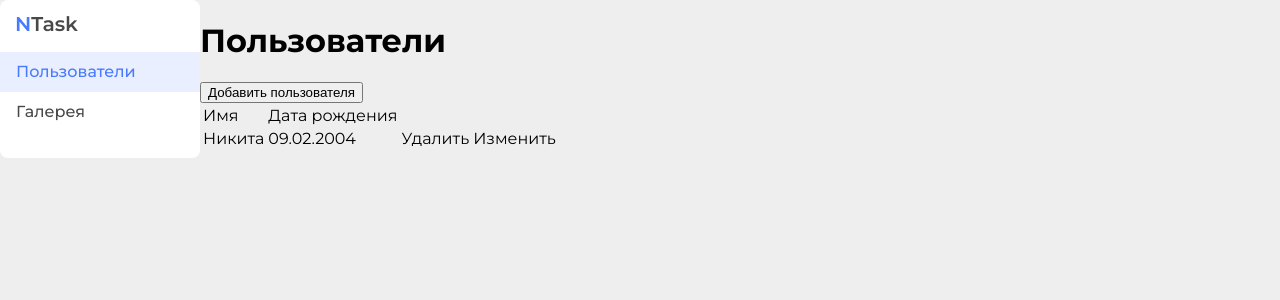
Repository: Grid-Master/NTask
Page: /
The author's editor kept a copy of each file at every save. The page is drawn from the files as they stood at one save, then again after the next save.
The browser window is 1280 px wide. The pictures show the whole page.
The project was rebuilt for these pictures with package versions that can differ from the ones it lists, and the page was loaded fresh each time. Also part of the build but not shown: src/components/userList/userList.sass.

Above is the page before, as saved 2023-06-04 19:12:58.

After the next save:
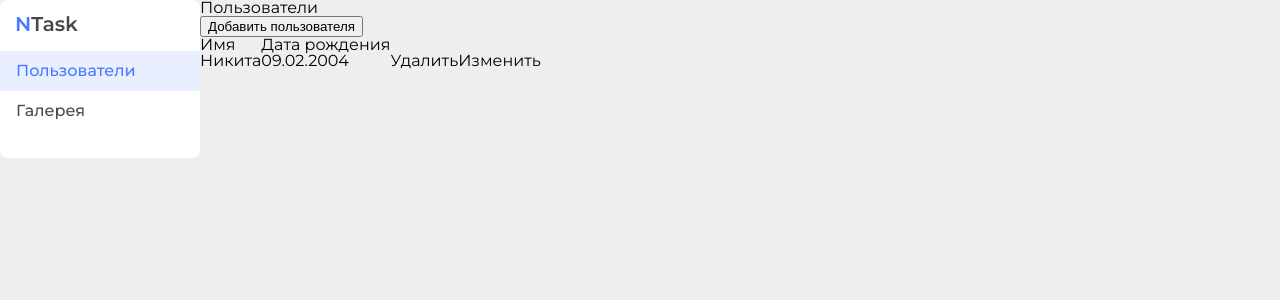
Saved 41 s later.
--- a/src/index.css
+++ b/src/index.css
@@ -1,3 +1,46 @@
+html, body, div, span, applet, object, iframe,
+h1, h2, h3, h4, h5, h6, p, blockquote, pre,
+a, abbr, acronym, address, big, cite, code,
+del, dfn, em, img, ins, kbd, q, s, samp,
+small, strike, strong, sub, sup, tt, var,
+b, u, i, center,
+dl, dt, dd, ol, ul, li,
+fieldset, form, label, legend,
+table, caption, tbody, tfoot, thead, tr, th, td,
+article, aside, canvas, details, embed,
+figure, figcaption, footer, header, hgroup,
+menu, nav, output, ruby, section, summary,
+time, mark, audio, video {
+	margin: 0;
+	padding: 0;
+	border: 0;
+	font-size: 100%;
+	font: inherit;
+	vertical-align: baseline;
+}
+/* HTML5 display-role reset for older browsers */
+article, aside, details, figcaption, figure,
+footer, header, hgroup, menu, nav, section {
+	display: block;
+}
+body {
+	line-height: 1;
+}
+ol, ul {
+	list-style: none;
+}
+blockquote, q {
+	quotes: none;
+}
+blockquote:before, blockquote:after,
+q:before, q:after {
+	content: '';
+	content: none;
+}
+table {
+	border-collapse: collapse;
+	border-spacing: 0;
+}
 body {
   margin: 0;
   font-family: Montserrat;
